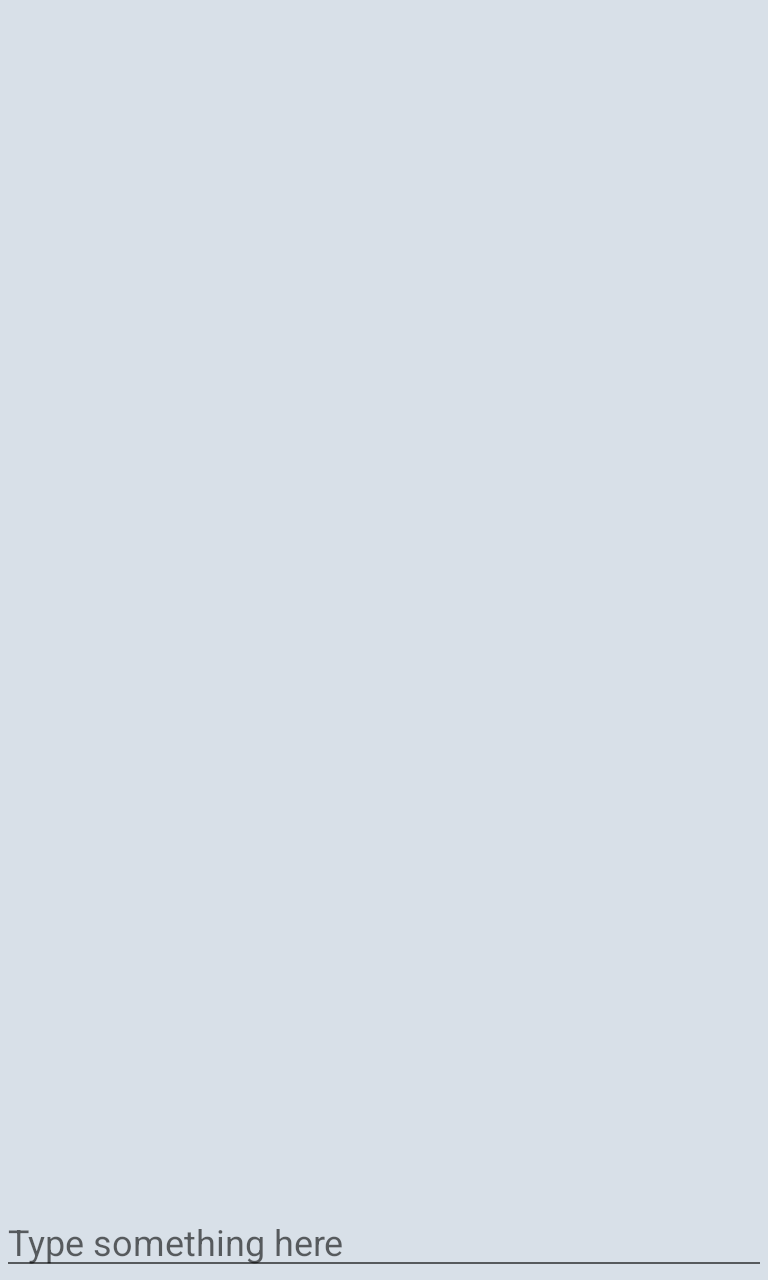
Repository: hohoTT/Android_summarize
Layout: UIBestPractice/res/layout/activity_main.xml
The author's editor kept a copy of each file at every save. The layout is drawn from the files as they stood at one save, then again after the next save.
It is drawn on a 768 x 1280 px phone screen (xhdpi) without system bars, with theme AppTheme; the app's code is not run. Lists and similar views that code fills are empty.

Above is the layout before, as saved 2016-02-24 11:21:44.

After the next save:
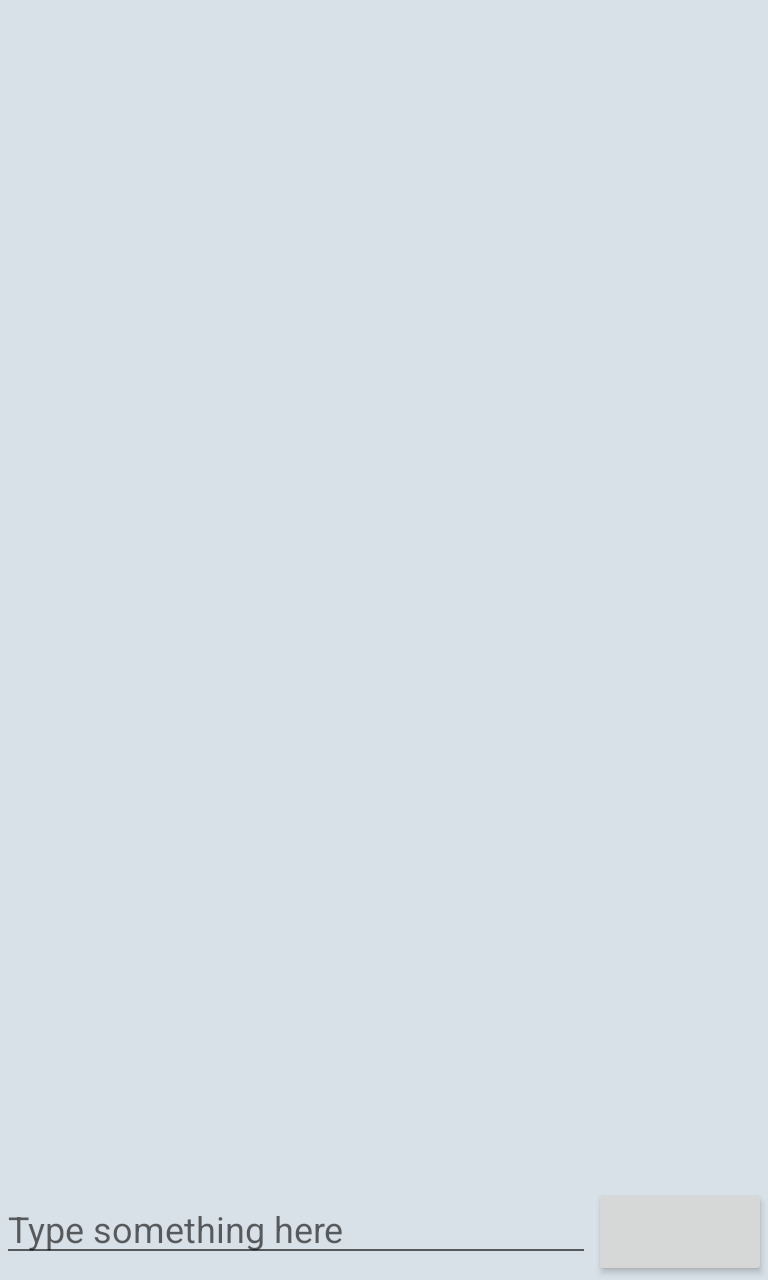
Saved 47 s later.
--- a/UIBestPractice/res/layout/activity_main.xml
+++ b/UIBestPractice/res/layout/activity_main.xml
@@ -23,6 +23,12 @@
            android:layout_weight="1"
            android:hint="Type something here" />
 
+        <Button
+            android:id="@+id/send"
+            android:layout_width="wrap_content"
+            android:layout_height="wrap_content"
+             />
+
     </LinearLayout>
 
 </LinearLayout>
